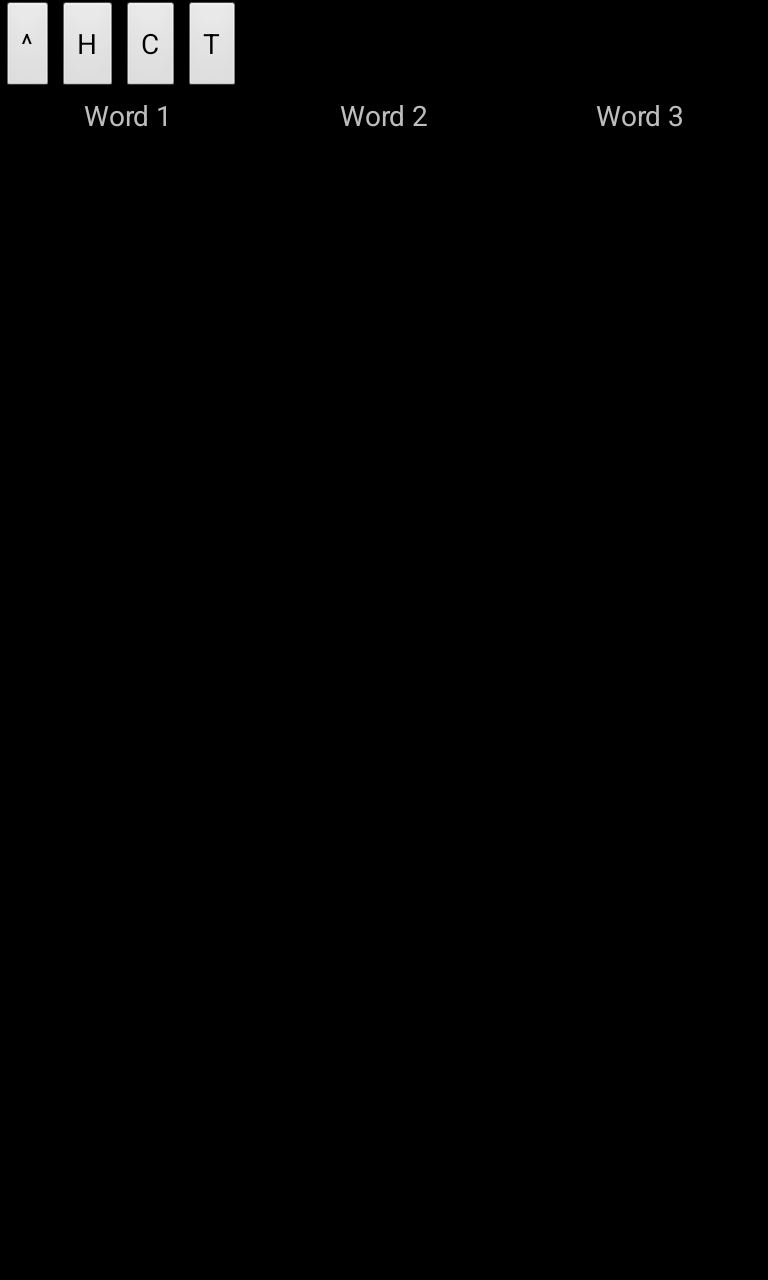
Repository: simplesns/workspace
Layout: eclipse/DEPuzzles/res/layout/wordsearch.xml
The author's editor kept a copy of each file at every save. The layout is drawn from the files as they stood at one save, then again after the next save.
It is drawn on a 768 x 1280 px phone screen (xhdpi) without system bars, with theme android:Theme; the app's code is not run.

Above is the layout before, as saved 2011-02-04 08:35:18.

After the next save:
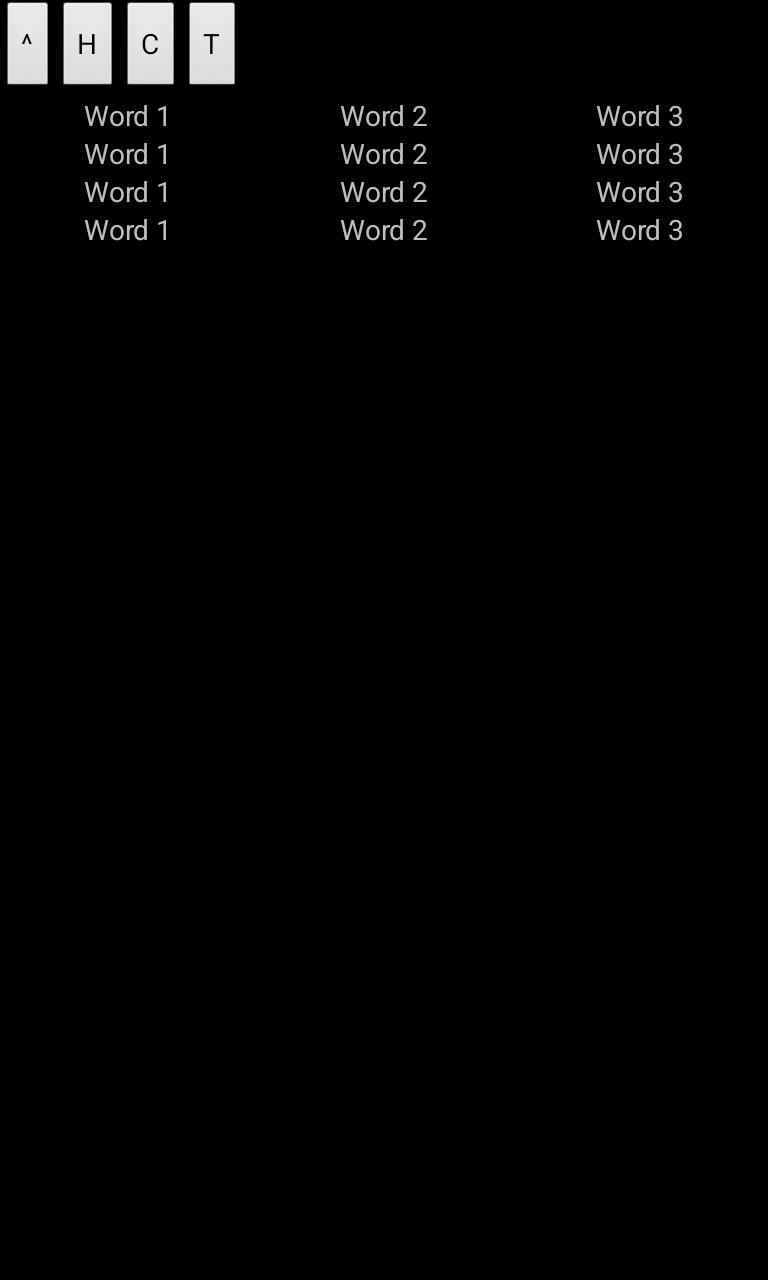
Saved 29 s later.
--- a/eclipse/DEPuzzles/res/layout/wordsearch.xml
+++ b/eclipse/DEPuzzles/res/layout/wordsearch.xml
@@ -29,10 +29,42 @@
 				android:layout_width="wrap_content" android:layout_height="wrap_content"
 				android:layout_weight="1" android:gravity="center_horizontal"></TextView>
 		</TableRow>
-		<TableRow android:id="@+id/TableRow02" android:layout_width="wrap_content"
-			android:layout_height="wrap_content"></TableRow>
-		<TableRow android:id="@+id/TableRow03" android:layout_width="wrap_content"
-			android:layout_height="wrap_content"></TableRow>
+		<TableRow android:id="@+id/TableRow01" android:layout_width="fill_parent"
+			android:layout_height="wrap_content">
+			<TextView android:text="Word 1" android:id="@+id/TextView01"
+				android:layout_width="wrap_content" android:layout_height="wrap_content"
+				android:layout_weight="1" android:gravity="center_horizontal"></TextView>
+			<TextView android:text="Word 2" android:id="@+id/TextView01"
+				android:layout_width="wrap_content" android:layout_height="wrap_content"
+				android:layout_weight="1" android:gravity="center_horizontal"></TextView>
+			<TextView android:text="Word 3" android:id="@+id/TextView01"
+				android:layout_width="wrap_content" android:layout_height="wrap_content"
+				android:layout_weight="1" android:gravity="center_horizontal"></TextView>
+		</TableRow>
+		<TableRow android:id="@+id/TableRow01" android:layout_width="fill_parent"
+			android:layout_height="wrap_content">
+			<TextView android:text="Word 1" android:id="@+id/TextView01"
+				android:layout_width="wrap_content" android:layout_height="wrap_content"
+				android:layout_weight="1" android:gravity="center_horizontal"></TextView>
+			<TextView android:text="Word 2" android:id="@+id/TextView01"
+				android:layout_width="wrap_content" android:layout_height="wrap_content"
+				android:layout_weight="1" android:gravity="center_horizontal"></TextView>
+			<TextView android:text="Word 3" android:id="@+id/TextView01"
+				android:layout_width="wrap_content" android:layout_height="wrap_content"
+				android:layout_weight="1" android:gravity="center_horizontal"></TextView>
+		</TableRow>
+		<TableRow android:id="@+id/TableRow01" android:layout_width="fill_parent"
+			android:layout_height="wrap_content">
+			<TextView android:text="Word 1" android:id="@+id/TextView01"
+				android:layout_width="wrap_content" android:layout_height="wrap_content"
+				android:layout_weight="1" android:gravity="center_horizontal"></TextView>
+			<TextView android:text="Word 2" android:id="@+id/TextView01"
+				android:layout_width="wrap_content" android:layout_height="wrap_content"
+				android:layout_weight="1" android:gravity="center_horizontal"></TextView>
+			<TextView android:text="Word 3" android:id="@+id/TextView01"
+				android:layout_width="wrap_content" android:layout_height="wrap_content"
+				android:layout_weight="1" android:gravity="center_horizontal"></TextView>
+		</TableRow>
 
 	</TableLayout>
 </LinearLayout>
